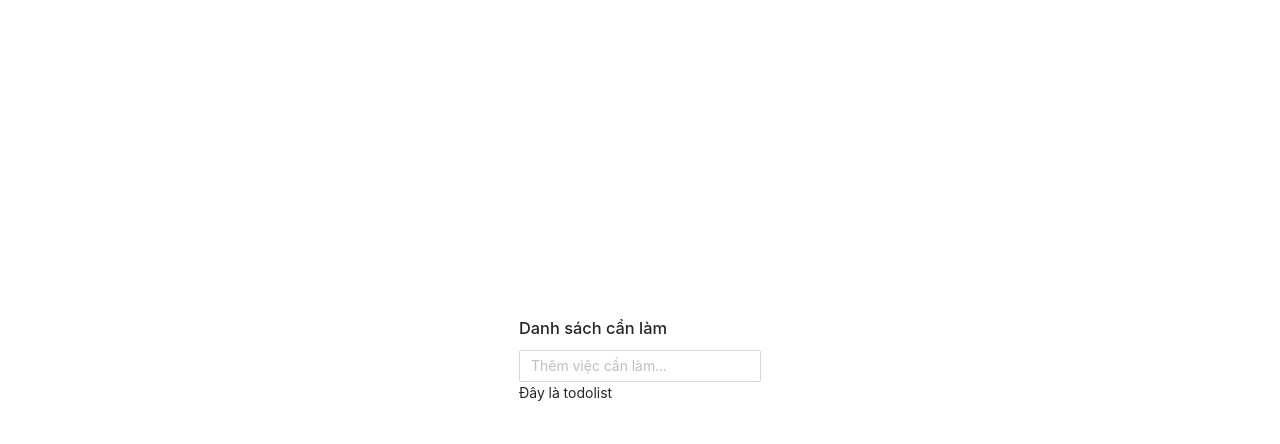
Repository: tiendungjr123/Todo-App
Page: /
The author's editor kept a copy of each file at every save. The page is drawn from the files as they stood at one save, then again after the next save.
The browser window is 1280 px wide. The pictures show the whole page.
The project was rebuilt for these pictures with package versions that can differ from the ones it lists, and the page was loaded fresh each time.

Above is the page before, as saved 2022-09-22 09:51:18.

After the next save:
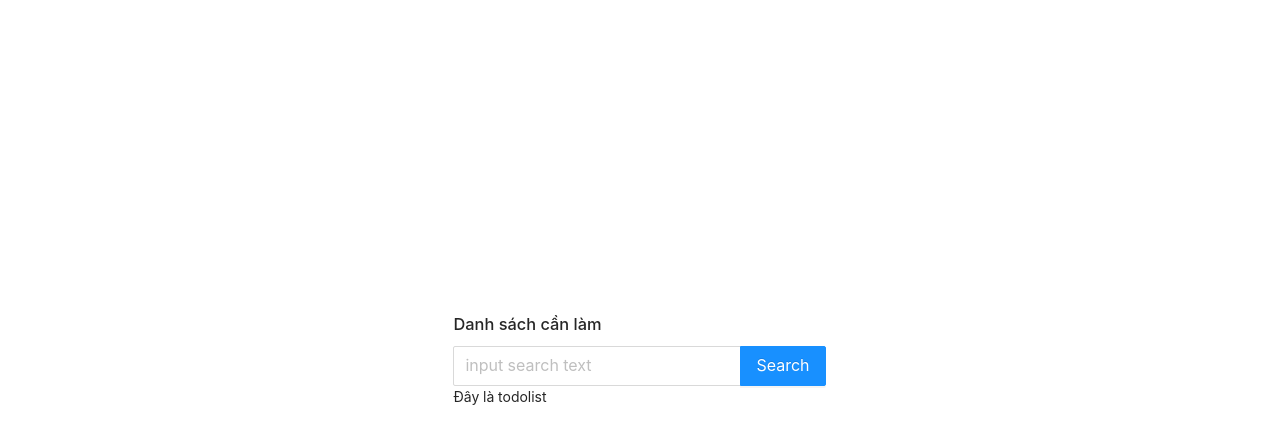
Saved 36 s later.
--- a/src/App.js
+++ b/src/App.js
@@ -1,10 +1,17 @@
 import TodoList from "./component/TodoList";
 import { Input, Button } from 'antd';
+const { Search } = Input;
+
 function App() {
   return (
     <>
       <h3>Danh sách cần làm</h3>
-      <Input type="" placeholder='Thêm việc cần làm...' enterButton/>
+      <Search
+      placeholder="input search text"
+      allowClear
+      enterButton="Search"
+      size="large"
+    />
       <TodoList/>
     </>
   );
